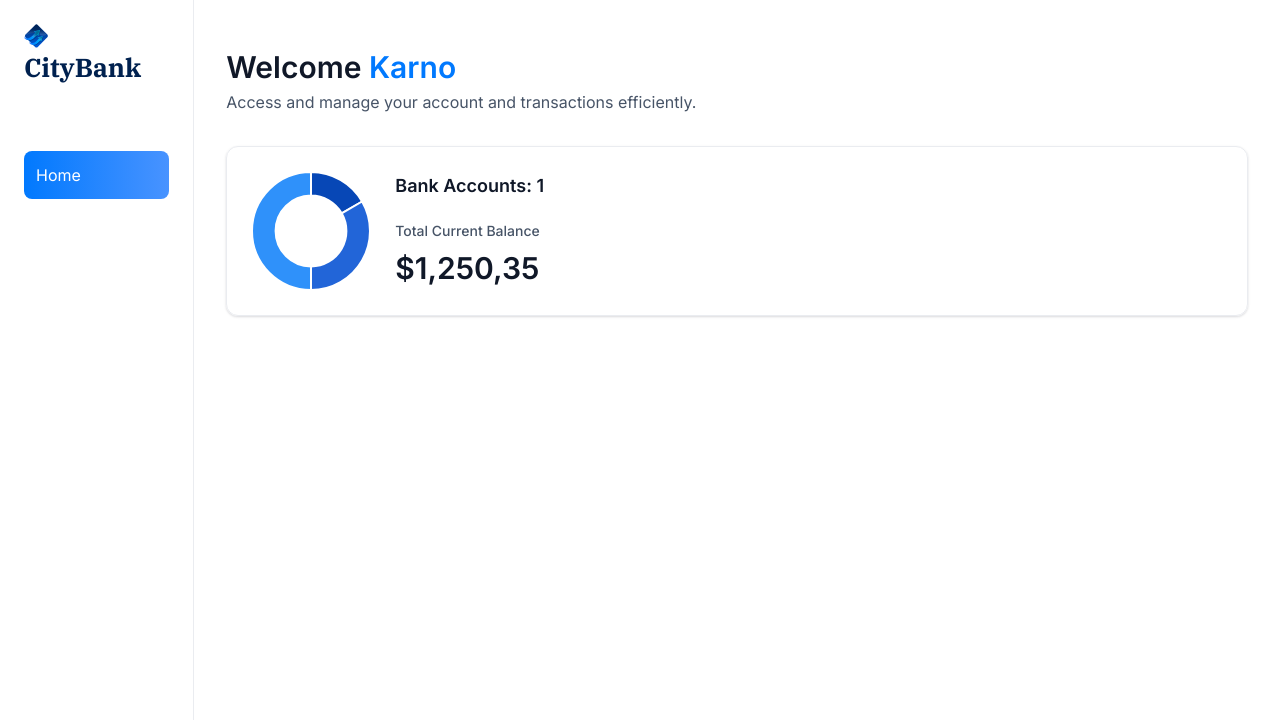
Repository: KarnoSarker/Banking
Page: /
The author's editor kept a copy of each file at every save. The page is drawn from the files as they stood at one save, then again after a run of saves.
The browser window is 1280 px wide. The pictures show the whole page.
The project was rebuilt for these pictures with package versions that can differ from the ones it lists, and the page was loaded fresh each time. The framework's server and built-in components were replaced by stand-ins that run in the browser. Also part of the build but not shown: next.config.mjs.

Above is the page before, as saved 2024-05-14 22:41:13.

### app/layout.tsx
import type { Metadata } from 'next';
import { Inter, IBM_Plex_Serif } from 'next/font/google';
import './globals.css';

const inter = Inter({ subsets: ['latin'], variable: '--font-inter' });
const ibmPlexSerif = IBM_Plex_Serif({
  subsets: ['latin'],
  weight: ['400', '700'],
  variable: '--font-ibm-plex-serif',
});

export const metadata: Metadata = {
  title: 'CityBank',
  description: 'CityBank for everyone',
  icons: {
    icon: '/icons/logo.svg',
  },
};

export default function RootLayout({
  children,
}: Readonly<{
  children: React.ReactNode;
}>) {
  return (
    <html lang='en'>
      <body className={`${inter.variable} ${ibmPlexSerif.variable}`}>
        {children}
      </body>
    </html>
  );
}

### app/(root)/layout.tsx
import Sidebar from '@/components/Sidebar';

export default function RootLayout({
  children,
}: Readonly<{
  children: React.ReactNode;
}>) {
  const loggedIn = { firstName: 'Karno', lastName: 'Sarker' };
  return (
    <main className='flex h-screen w-full font-inter'>
      <Sidebar user={loggedIn} />
      {children}
    </main>
  );
}

### app/(root)/page.tsx
import HeaderBox from '@/components/HeaderBox';
import TotalBalanceBox from '@/components/TotalBalanceBox';
import React from 'react';

const Home = () => {
  const loggedIn = { firstName: 'Karno' };
  return (
    <section className='home'>
      <div className='home-content'>
        <header className='home-header'>
          <HeaderBox
            type='greeting'
            title='Welcome'
            user={loggedIn?.firstName || 'Guest'}
            subtext='Access and manage your account and transactions efficiently.'
          />
        </header>
        <TotalBalanceBox
          accounts={[]}
          totalBanks={1}
          totalCurrentBalance={1250.35}
        />
      </div>
    </section>
  );
};

export default Home;

### components/Sidebar.tsx
'use client';

import { sidebarLinks } from '@/constants';
import { cn } from '@/lib/utils';
import Image from 'next/image';
import Link from 'next/link';
import { usePathname } from 'next/navigation';

const Sidebar = ({ user }: SiderbarProps) => {
  const pathname = usePathname();
  return (
    <section className='sidebar'>
      <nav className='flex flex-col gap-4'>
        <Link href='/' className='mb-12 cursor-pointer items-center gap-2'>
          <Image
            src='/icons/logo.svg'
            width={34}
            height={34}
            alt='CityBank logo'
            className='size-[24px] max-xl:size-14'
          />
          <h1 className='sidebar-logo'>CityBank</h1>
        </Link>
        {sidebarLinks.map((item) => {
          const isActive =
            pathname === item.route || pathname.startsWith(`${item.route}/`);
          return (
            <Link
              href={item.route}
              key={item.label}
              className={cn('sidebar-link', { 'bg-bank-gradient': isActive })}
            >
              {item.label}
            </Link>
          );
        })}
      </nav>
    </section>
  );
};

export default Sidebar;

### components/HeaderBox.tsx
import React from 'react';

const HeaderBox = ({
  type = 'title',
  title,
  subtext,
  user,
}: HeaderBoxProps) => {
  return (
    <div className='header-box'>
      <h1 className='header-box-title'>
        {title}
        {type === 'greeting' && (
          <span className='text-bankGradient'>&nbsp;{user}</span>
        )}
      </h1>
      <p className='header-box-subtext'>{subtext}</p>
    </div>
  );
};

export default HeaderBox;

### components/TotalBalanceBox.tsx
import React from 'react';
import AnimatedCounter from './AnimatedCounter';
import DoughnutChart from './ui/DoughnutChart';

const TotalBalanceBox = ({
  accounts = [],
  totalBanks,
  totalCurrentBalance,
}: TotlaBalanceBoxProps) => {
  return (
    <section className='total-balance'>
      <div className='total-balance-chart'>
        <DoughnutChart accounts={accounts} />
      </div>
      <div className='flex flex-col gap-6'>
        <h2 className='header-2'>Bank Accounts: {totalBanks}</h2>
        <div className='flex flex-col gap-2'>
          <p className='total-balance-label'>Total Current Balance</p>
          <div className='total-balance-amount flex-center gap-2'>
            <AnimatedCounter amount={totalCurrentBalance} />
          </div>
        </div>
      </div>
    </section>
  );
};

export default TotalBalanceBox;

### components/AnimatedCounter.tsx
'use client';
import CountUp from 'react-countup';

const AnimatedCounter = ({ amount }: { amount: number }) => {
  return (
    <div className='w-full'>
      <CountUp
        duration={2.75}
        decimals={2}
        decimal=','
        prefix='$'
        end={amount}
      />
    </div>
  );
};

export default AnimatedCounter;

### components/ui/DoughnutChart.tsx
'use client';

import { Chart as ChartJS, ArcElement, Tooltip, Legend } from 'chart.js';
import { Doughnut } from 'react-chartjs-2';

ChartJS.register(ArcElement, Tooltip, Legend);

const DoughnutChart = ({ accounts }: DoughnutChartProps) => {
  const data = {
    datasets: [
      {
        label: 'Banks',
        data: [1250, 2500, 3750],
        backgroundColor: ['#0747b6', '#2265d8', '#2f91fa'],
      },
    ],
    labels: ['Bank 1', 'Bank 2', 'Bank 3'],
  };
  return (
    <Doughnut
      data={data}
      options={{
        cutout: '60%',
        plugins: {
          legend: {
            display: false,
          },
        },
      }}
    />
  );
};

export default DoughnutChart;

Loaded but not shown: app/globals.css (common file); constants/index.ts (common file); lib/utils.ts (common file); tailwind.config.ts (common file)

After the next 2 saves:
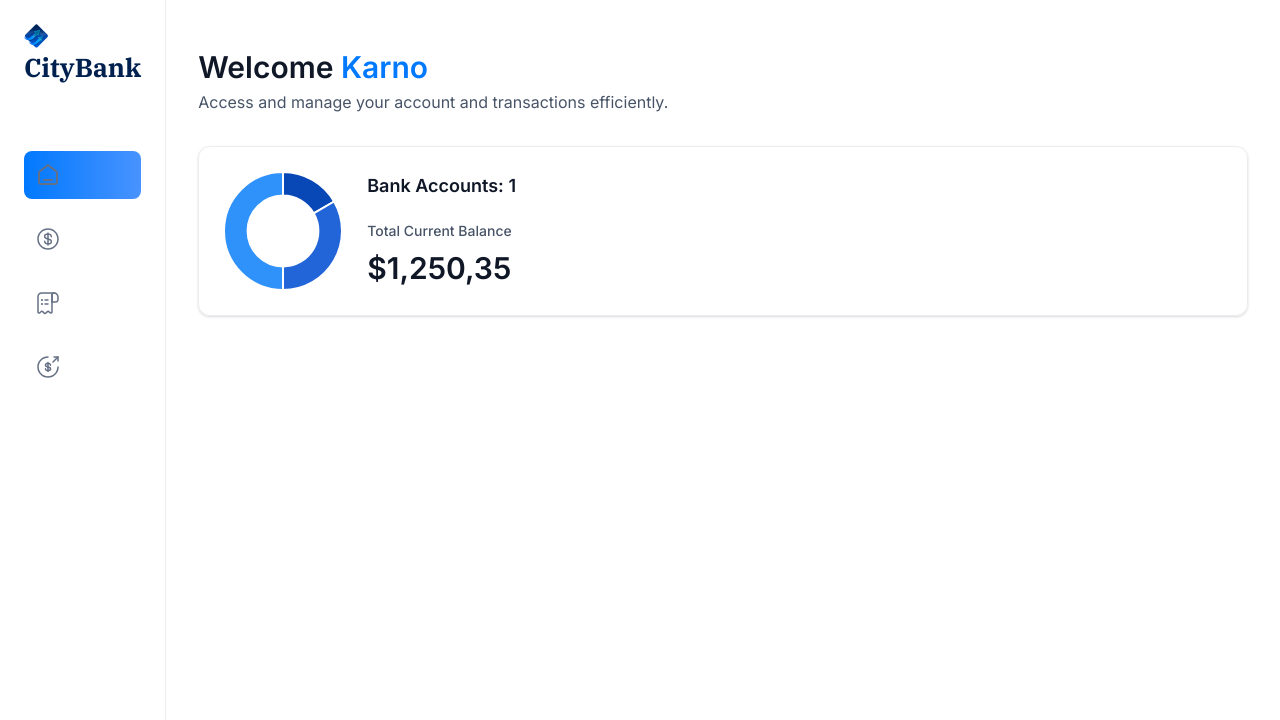
The 2 saves are shown as one change because 1 did not build or start.
The last was saved 24 h 48 min later.
--- a/components/Sidebar.tsx
+++ b/components/Sidebar.tsx
@@ -30,7 +30,10 @@ const Sidebar = ({ user }: SiderbarProps) => {
               key={item.label}
               className={cn('sidebar-link', { 'bg-bank-gradient': isActive })}
             >
-              {item.label}
+              <div className='relative size-6'>
+                {' '}
+                <Image src={item.imgURL} alt={item.label} fill />
+              </div>
             </Link>
           );
         })}
